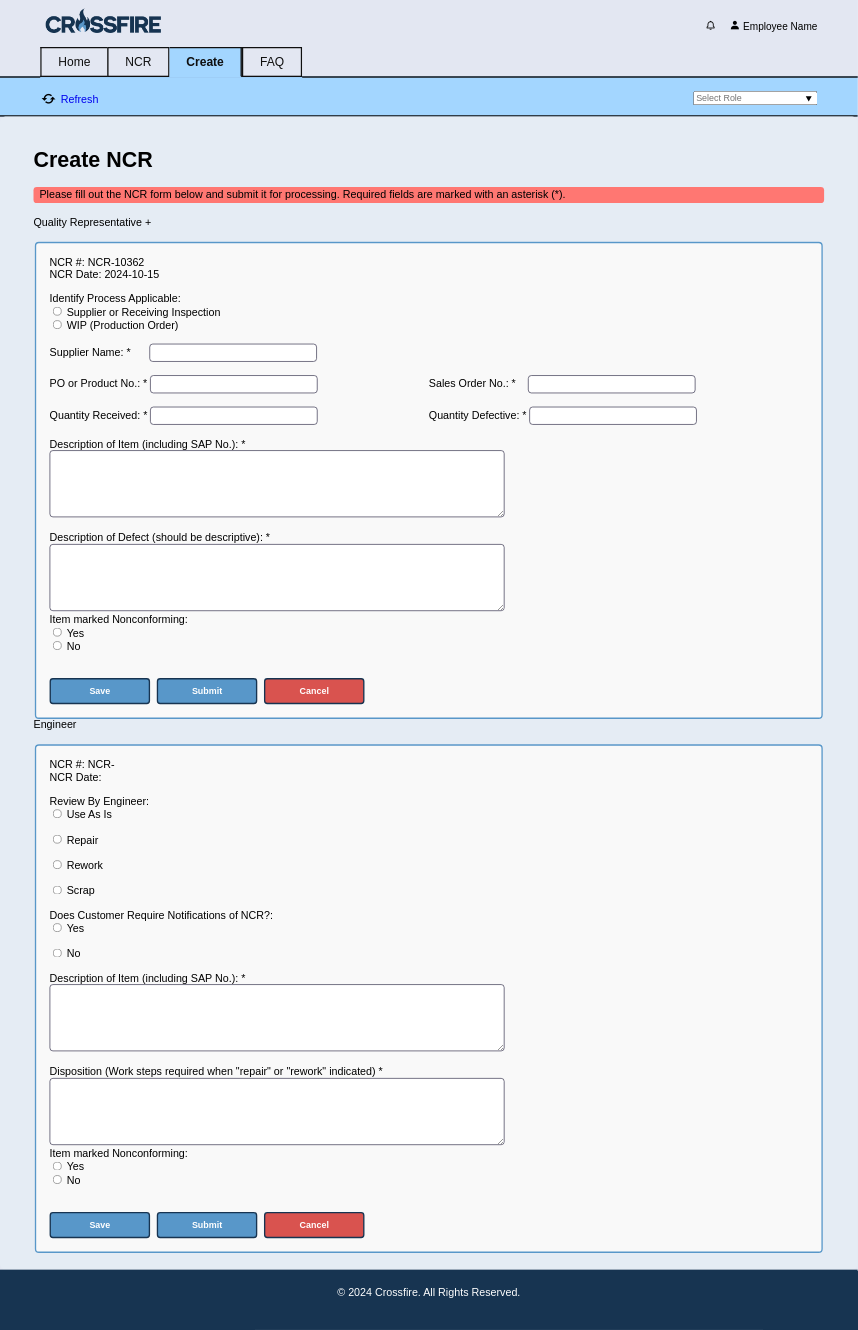
Repository: NyleNC/OSSProg1180
Page: OSS-CrossFire/create - Copy.html
An editor plug-in stored every save of this project. The page is shown before and after the next save, followed by the edit.
The browser window is 1280 px wide. The pictures show the whole page, at 67% of full size.

Above is the page before, as saved 2024-11-18 09:50:16.
Console error: TypeError: Cannot read properties of null (reading 'addEventListener')

### OSS-CrossFire/create - Copy.html
<!DOCTYPE html>
<html lang="en">
<head>
    <meta charset="UTF-8">
    <meta name="viewport" content="width=device-width, initial-scale=1.0">
    <title>CrossFireNCR</title>
    <!-- Google Fonts -->
    <link rel="preconnect" href="https://fonts.googleapis.com">
    <link rel="preconnect" href="https://fonts.gstatic.com" crossorigin>
    <link href="https://fonts.googleapis.com/css2?family=Merriweather+Sans:wght@300;400;500&display=swap" rel="stylesheet">

    <link href='https://unpkg.com/boxicons@2.1.4/css/boxicons.min.css' rel='stylesheet'>
    <link rel="stylesheet" href="style.css">
    <script src="script-create.js"></script>
</head>
<body>
    <header>
        <div class="global-header">
            <div class="logo">
                <img src="img/Crossfire-Logo-no-bkgd.png" alt="CrossFire Logo">
            </div>
            <div class="global-selection">

                <div class="notifications">
                    <a href="#" aria-label="Notifications"><i class='bx bx-bell'></i></a>
                </div>
                <div class="employee-info">
                    <i class='bx bxs-user' aria-hidden="true"></i>
                    <p>Employee Name</p>
                </div>

            </div>
        </div>

        <nav>
            <div class="navbar-pages">
                <ul>
                    <li ><a href="index copy.html">Home</a></li>
                    <li><a href="ncr.html">NCR</a></li>
                    <li class="active"><a href="create.html">Create</a></li>
                    <li><a href="faq.html">FAQ</a></li>
                </ul>
            </div>
            <div class="navbar-tools">
                <ul>
                    <li><i class='bx bx-refresh bx-sm' aria-hidden="true"></i><a href="ncr.html">Refresh</a></li>
                   <li class="ddlRole">
                    <input placeholder="Select Role" list="roles" name="role" id="roleInput" onchange="saveRole()">
                        <datalist id="roles">
                            <option value="Quality Rep">
                            <option value="Engineer">
                            <option value="Operations Manager">
                            <option value="Inspector">
                            <option value="Procurement">
                            <option value="Administrator">
                        </datalist>
                    </li>
                </ul>
            </div>
        </nav>
    </header>

    <main class="create-main">
        <h1>Create NCR</h1>
        <p class="edit-p">&nbsp; Please fill out the NCR form below and submit it for processing. Required fields are marked with an asterisk (*).</p>

        <div class="ncrSection">
            <div class="ncrSection-title">
                Quality Representative
                <span>+</span>
            </div>
            <form class="ncrSection-form" id="ncr-form" onsubmit="return validateForm()">
                <fieldset>

                    <div class="form-ncrNum">
                        <label for="ncrNumber">NCR #:</label>
                        <span id="ncrNumber">NCR-</span>
                    </div>
                    <div class="form-ncrDate">
                        <label for="ncrDate">NCR Date:</label>
                        <span id="ncrDate"></span>
                    </div><br>

                    <div class="lblIdf">
                        <label>Identify Process Applicable:</label>
                    </div>
                    <div class="form-ipa1">
                        <input type="radio" id="supp" name="process" value="suppotRec" onclick="enableDisableTextbox(this)">
                        <label for="supp">Supplier or Receiving Inspection</label><br>
                    </div>
                    <div class="form-ipa2">
                        <input type="radio" id="wip" name="process" value="supplier" onclick="enableDisableTextbox(this)">
                        <label for="wip">WIP (Production Order)</label>
                    </div><br>

                    <div class="form-group">
                        <label for="supplierName">Supplier Name: *</label>&nbsp;&nbsp;
                        <input type="text" id="supplierName" class="size-css" required pattern="[a-zA-Z ]{2,30}" title="Please enter a valid name (letters only).">
                    </div>

                    <div class="form-group">
                        <div class="left-side">
                            <label for="ProductNo">PO or Product No.: *</label>
                            <input type="text" id="ProductNo" required pattern="\d{5}" title="Please enter exactly 5 digits.">
                        </div>
                        <div class="left-side">
                            <label for="SaleOrderNo">Sales Order No.: *</label>&nbsp;&nbsp;&nbsp;
                            <input type="text" id="SaleOrderNo" required pattern="\d{5}" title="Please enter exactly 5 digits.">
                        </div>
                    </div>

                    <div class="form-group">
                        <div class="right-side">
                            <label for="quantityReceived">Quantity Received: *</label>
                            <input type="number" id="quantityReceived" required min="1" title="Please enter a valid quantity.">
                        </div>
                        <div class="right-side">
                            <label for="quantityDefective">Quantity Defective: *</label>
                            <input type="number" id="quantityDefective" required min="0" title="Please enter a valid quantity.">
                        </div>
                    </div>

                    <div class="form-ta-itemDes">
                        <label for="itemDescription">Description of Item (including SAP No.): *</label><br>
                        <textarea id="itemDescription" maxlength="3000" required></textarea>
                    </div><br>

                    <div class="form-ta-defDes">
                        <label for="defectDescription">Description of Defect (should be descriptive): *</label><br>
                        <textarea id="defectDescription" required></textarea>
                    </div>

                    <div class="lblImn">
                        <label>Item marked Nonconforming:</label>
                    </div>
                    <div class="form-Yes">
                        <input id="imnYes" name="nonconforming" type="radio" value="yes">
                        <label for="imnYes">Yes</label>
                    </div>
                    <div class="form-No">
                        <input id="imnNo" name="nonconforming" type="radio" value="no">
                        <label for="imnNo">No</label>
                    </div><br>

                    <div class="btnContainer">
                        <button type="save" class="btnSave">Save</button>
                        <button type="submit" class="btnSubmit">Submit</button>
                        <button type="button" class="btnCancel" onclick="goBack()">Cancel</button>
                    </div>
                </fieldset>
            </form>
        </div>

        <div class="ncrSection">
            <div class="ncrSection-title">Engineer</div>
            <form class="ncrSection-form" id="ncr-form" onsubmit="return validateForm()">
                <fieldset>

                    <div class="form-ncrNum">
                        <label for="ncrNumber">NCR #:</label>
                        <span id="ncrNumber">NCR-</span>
                    </div>
                    <div class="form-ncrDate">
                        <label for="ncrDate">NCR Date:</label>
                        <span id="ncrDate"></span>
                    </div><br>

                    <div class="lblIdf">
                        <label>Review By Engineer:</label>
                    </div>
                    <div class="form-ipa1">
                        <input type="radio" id="asIS" name="asIS" value="asIS" >
                        <label>Use As Is</label>
                    </div><br>
                    <div class="form-ipa2">
                        <input type="radio" id="repair" name="repair" value="repair" >
                        <label>Repair</label>
                    </div><br>
                    <div class="form-ipa2">
                        <input type="radio" id="reWork" name="reWork" value="reWork" >
                        <label>Rework</label>
                    </div><br>
                    <div class="form-ipa2">
                        <input type="radio" id="scrap" name="scrap" value="scrap" >
                        <label>Scrap</label>
                    </div><br>

                    <div class="lblIdf">
                        <label>Does Customer Require Notifications of NCR?:</label>
                    </div>
                    <div class="form-ipa2">
                        <input type="radio" id="cusYes" name="cusYes" value="cusYes" >
                        <label>Yes</label>
                    </div><br>
                    <div class="form-ipa2">
                        <input type="radio" id="cusNO" name="cusNO" value="cusNO" >
                        <label >No</label>
                    </div><br>



                    <div class="form-ta-itemDes">
                        <label for="itemDescription">Description of Item (including SAP No.): *</label><br>
                        <textarea id="itemDescription" maxlength="3000" required></textarea>
                    </div><br>

                    <div class="form-ta-defDes">
                        <label for="defectDescription">Disposition (Work steps required when "repair" or "rework" indicated) *</label><br>
                        <textarea id="defectDescription" required></textarea>
                    </div>

                    <div class="lblImn">
                        <label>Item marked Nonconforming:</label>
                    </div>
                    <div class="form-Yes">
                        <input id="imnYes" name="nonconforming" type="radio" value="yes">
                        <label for="imnYes">Yes</label>
                    </div>
                    <div class="form-No">
                        <input id="imnNo" name="nonconforming" type="radio" value="no">
                        <label for="imnNo">No</label>
                    </div><br>


                    <div class="btnContainer">
                        <button type="save" class="btnSave">Save</button>
                        <button type="submit" class="btnSubmit">Submit</button>
                        <button type="button" class="btnCancel" onclick="goBack()">Cancel</button>
                    </div>
                </fieldset>
            </form>
        </div>

    </main>

    <div id="successPopup" class="popup" style="display:none;">
        <div class="popup-content">
            <p>NCR created successfully!</p>
            <p>What would you like to do next?</p>
            <button onclick="createAnotherNCR()">Create Another NCR</button>
            <button onclick="viewAllNCRs()">View All NCRs</button>
            <button onclick="closePopup()">Close</button>
        </div>
    </div>

    <footer class="ncr-footer">
        <p>&copy; 2024 Crossfire. All Rights Reserved.</p>
    </footer>

    <script src="script-view.js"></script>
</body>
</html>

Loaded but not shown: OSS-CrossFire/script-view.js (123 lines, source omitted); OSS-CrossFire/script-create.js (14 lines, source omitted); OSS-CrossFire/style.css (850 lines, source omitted)

After the next save:
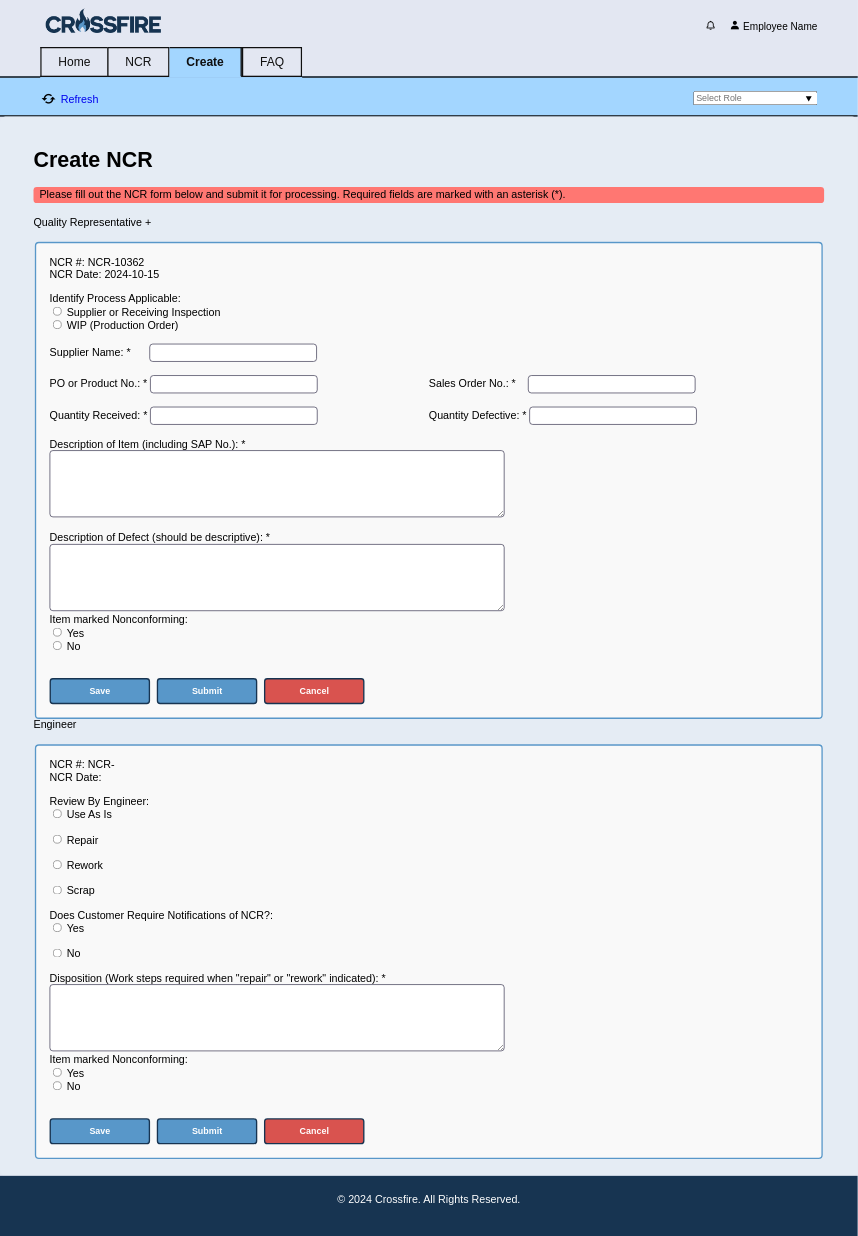
Saved 17 s later.
--- a/OSS-CrossFire/create - Copy.html
+++ b/OSS-CrossFire/create - Copy.html
@@ -199,13 +199,10 @@
 
 
 
-                    <div class="form-ta-itemDes">
-                        <label for="itemDescription">Description of Item (including SAP No.): *</label><br>
-                        <textarea id="itemDescription" maxlength="3000" required></textarea>
-                    </div><br>
+
 
                     <div class="form-ta-defDes">
-                        <label for="defectDescription">Disposition (Work steps required when "repair" or "rework" indicated) *</label><br>
+                        <label for="defectDescription">Disposition (Work steps required when "repair" or "rework" indicated): *</label><br>
                         <textarea id="defectDescription" required></textarea>
                     </div>
 
